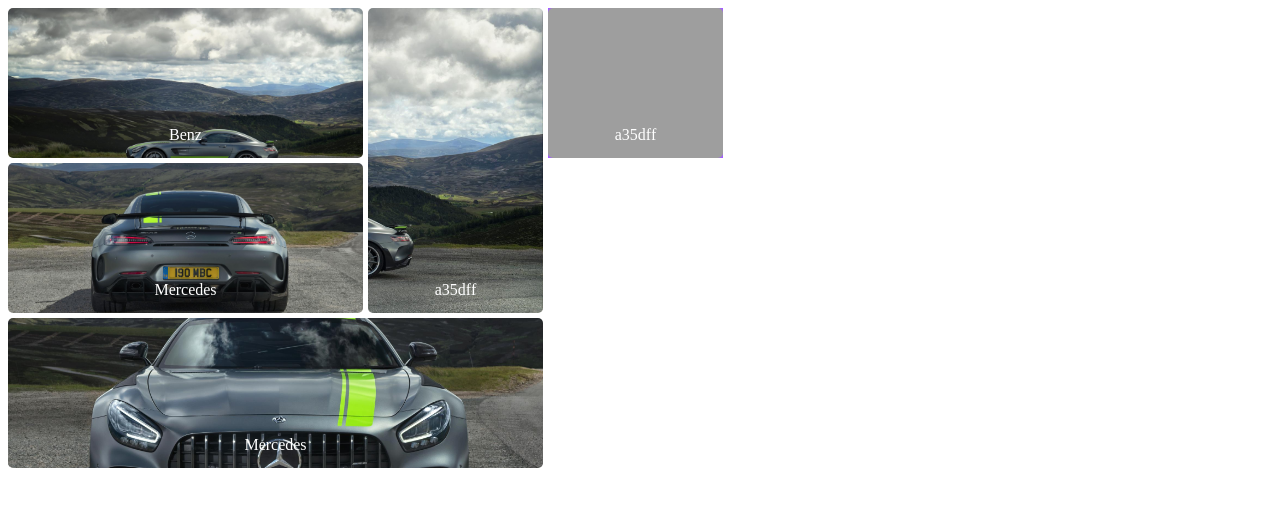
Repository: YoussefElsaygh/metrostyle
Page: index.html
An editor plug-in stored every save of this project. The page is shown before and after the next save, followed by the edit.
The browser window is 1280 px wide. The pictures show the whole page.
Pictures or frames that could not be fetched are drawn as grey boxes.

Above is the page before, as saved 2019-12-16 04:26:28.

### index.html
<!DOCTYPE html>
<html lang="en">
<head>
    <meta charset="UTF-8">
    <meta name="viewport" content="width=device-width, initial-scale=1.0">
    <meta http-equiv="X-UA-Compatible" content="ie=edge">
    <link  type="text/css" rel="stylesheet" href="index.css"/>

    <title>MetroStyle Colors</title>
</head>
<body>
 <div class="wrapper" id="wrapper"></div>
</body>
<script src="index.js"></script>
</html>

### index.css
.wrapper {
    overflow-x: scroll;
    overflow-y: hidden;
    width: 100%;
    display: grid;
    grid-gap: 5px;
    grid-template-columns:repeat(10,175px);
    grid-template-rows:repeat(3, 150px);
  }

### index.js
var scoperows=3;
var scopecols=1;
var scopeimages=[{
    type: 2,
    align:'horizontal',
    data: {
        imageSource:"img/Mercedes/m4.jpg",
        clickCallback: () => {
            console.log("item clicked ");
        },
        text: {
            label: "Mercedes",
            textStyle: {
                color: "white"
            }
        },
    },
},
{
    type: 2,
    align:'horizontal',

    data: {
        imageSource:"../img/Mercedes/m2.jpg",
        clickCallback: () => {
            console.log("item clicked ");
        },
        text: {
            label: "Benz",
            textStyle: {
                color: "White"
            }
        }

    }},{
        type: 3,
        align:'horizontal',

        data: {
            imageSource:"./img/Mercedes/m3.jpg",
            clickCallback: () => {
                console.log("item clicked ");
            },

            text: {
                label: "Mercedes",
                textStyle: {
                    color: "White"
                }
            }

        }},{
            type: 2,
            align:'vertical',

            data: {
                imageSource:"./img/Mercedes/m2.jpg",

                clickCallback: () => {
                    console.log("item clicked ");
                },
                text: {
                    label: "a35dff",
                    textStyle: {
                        color: "White"
                    }
                }

            }}
            ,{
                type: 1,
                align:'horizontal',

                data: {
                    imageSource:"./img/Mercedes/m5",

                    clickCallback: () => {
                        console.log("item clicked ");
                    },
                    backgroundStyle: {
                        backgroundColor: "#a35dff"
                    },
                    text: {
                        label: "a35dff",
                        textStyle: {
                            color: "White"
                        }
                    }

                }}]

                var scopegridView = new Array(scoperows);
                            for (let i = 0; i < scopegridView.length; i++) {
                                scopegridView[i] = new Array(scopecols);
                                for (let j = 0; j < scopegridView[i].length; j++) {
                                    scopegridView[i][j] = 0;
                                }
                            }

                            for (let i = 0; i < scopeimages.length; i++) {
                                draw(scopeimages[i]);
                            }

            function setStyle(elem, propertyObject) {
                for (var property in propertyObject)
                    elem.style[property] = propertyObject[property];
            }

            function populateDataInField({row, col, img, divStyle, imageStyle}) {
                 if(img.align=='horizontal') {
                    for (let i = 0; i < img.type; i++) {
                        scopegridView[row][col + i] = 1;
                    }
                }
                else{
                    for (let i = 0; i < img.type; i++) {
                        scopegridView[row + i][col] = 1;
                    }
                }

                let div = document.createElement("DIV");
                let image = document.createElement("IMG");
                let paragraph = document.createElement("P");

                setStyle(div, divStyle);

                if (img.data) {
                    div.onclick = img.data.clickCallback;
                    setStyle(div, img.data.backgroundStyle);
                    if (img.data.imageSource) {
                        /**
                         * In case of full block image
                         * @type {string}
                         */
                        image.src = img.data.imageSource;
                        image.onerror = function() {
                            if(img.data.imageErrSrc){
                            image.src = img.data.imageErrSrc;
                            }

                        }

                        setStyle(image, {
                            maxWidth: "100%",
                            height: "100%",
                            width: "100%",
                            objectFit: "cover",
                            objectPosition:'100% 20%',
                            borderRadius:"5px"

                        });
                        setStyle(image, imageStyle);
                        div.appendChild(image);
                        if (img.data.text && img.data.text.label) {
                            setStyle(paragraph, {
                                position: "relative",
                                top: "-52px",
                                wordBreak: 'break-word'
                            });
                        }
                    } else {
                        /**
                         * In case of small icon only
                         */
                        if (img.data.icon && img.data.icon.iconSource) {
                            image.src = img.data.icon.iconSource;
                            setStyle(image, {
                                maxWidth: "50%",
                                padding: "10px"
                            });
                            setStyle(image, img.data.icon.iconStyle);
                            div.appendChild(image);
                            if (img.data.text && img.data.text.label) {
                                // setStyle(paragraph, {
                                //   paddingTop: ""
                                // });
                            }
                        }
                    }
                    if (img.data.text) {
                        if (img.data.text.label) {
                            paragraph.innerHTML = img.data.text.label;

                            setStyle(paragraph, {
                                textAlign: "center"
                            });
                            setStyle(paragraph, img.data.text.textStyle);

                            div.appendChild(paragraph);
                        }
                    }
                }
                document.getElementById("wrapper").appendChild(div);
            }

            function compareRowArray(col, row, gridView, type) {
                if (type == 0) {
                    return true;
                } else {
                    return (
                        gridView[row + type - 1][col] == 0 &&
                        compareRowArray(col, row, gridView, type - 1)
                    );
                }
            }

            function compareColArray(col, row, gridView, type) {
                if (type == 0) {
                    return true;
                } else {
                    return (
                        gridView[row][col + type - 1] == 0 &&
                        compareColArray(col, row, gridView, type - 1)
                    );
                }
            }

            function addColumn(var_rows, var_cols, gridView) {
                for (let i = 0; i < scoperows; i++) {
                    gridView[i].push(0);
                }
                scopecols++;
            }

            /**
             * return true in case there is no available row
             * @returns {boolean}
             */
            function rowCheckAvaialble(row, type) {
                return row < scoperows - type + 1;
            }

            /**
             * return true in case there is no available column
             * @returns {boolean}
             */
            function colCheckAvaialble(col, type) {
                return col < scopecols - type + 1;
            }

            function checkAvailableSinglePlace() {
                for (var i = 0; i < scoperows; i++) {
                    for (var j = 0; j < scopecols; j++) {
                        if (scopegridView[i][j] == 0) {
                            return true;
                        }
                    }
                }
                return false;
            }

            function checkAvailableVerticalPlace(type) {
                for (let i = 0; i < scoperows; i++) {
                    for (let j = 0; j < scopecols; j++) {
                        if (i + type - 1 < scoperows)
                            if (compareRowArray(j, i, scopegridView, type)) {
                                return true;
                            }
                    }
                }
                return false;
            }

            function checkAvailableTripleHorizontalPlace(type) {
                for (let i = 0; i < scoperows; i++) {
                    for (let j = 0; j < scopecols; j++) {
                        if (j + type - 1 < scopecols)
                            if (compareColArray(j, i, scopegridView, type)) {
                                return true;
                            }
                    }
                }
                return false;
            }

            function rowPopulation({row, col, img}) {
                populateDataInField({
                    row,
                    col,
                    img,
                    divStyle: {
                        gridColumnStart: col + 1,
                        gridColumnEnd: col + 2,
                        gridRowStart: row + 1,
                        gridRowEnd: row + img.type + 1
                        // borderRadius:'5px'
                    }
                });
            }

            function colPopulation({row, col, img}) {
                populateDataInField({
                    row,
                    col,
                    img,
                    divStyle: {
                        gridColumnStart: col + 1,
                        gridColumnEnd: col + 1 + img.type,
                        gridRowStart: row + 1,
                        gridRowEnd: row + 2
                        // borderRadius:'5px'

                    }
                });
            }

            function draw(img) {
                outer_loop: for (let col = 0; col < scopecols; col++) {
                    for (let row = 0; row < scoperows; row++) {
                        switch (img.align) {
                            case 'vertical':
                                case undefined:

                                if (checkAvailableVerticalPlace(img.type)) {
                                    if (rowCheckAvaialble(row, img.type) && compareRowArray(col, row, scopegridView, img.type)) {
                                        rowPopulation({row, col, img});
                                        break outer_loop;
                                    }

                                } else {
                                    addColumn(scoperows, scopecols, scopegridView);
                                }

                                break;
                            case 'horizontal':
                                if (checkAvailableTripleHorizontalPlace(img.type)) {
                                    if (colCheckAvaialble(col, img.type) && compareColArray(col, row, scopegridView, img.type)) {
                                        colPopulation({row, col, img});
                                        break outer_loop;
                                    }

                                } else {
                                    addColumn(scoperows, scopecols, scopegridView);
                                }
                                break;
                                default:
                                        if (
                                                    scopegridView[row][col] != 0 &&
                                                    !checkAvailableSinglePlace()
                                                ) {
                                                    addColumn(scoperows, scopecols, scopegridView);
                                                    break;
                                                }

                                                if (scopegridView[row][col] == 0) {
                                                    scopegridView[row][col] = 1;
                                                    populateDataInField({
                                                        row,
                                                        col,
                                                        img,
                                                        divStyle: {
                                                            gridColumnStart: col + 1,
                                                            gridColumnEnd: col + 2,
                                                            gridRowStart: row + 1,
                                                            gridRowEnd: row + 2
                                                            // borderRadius:'5px',

                                                        }
                                                    });

                                                    break outer_loop;
                                                }
                                    break;
                        }
                    }
                }
            }

After the next save:
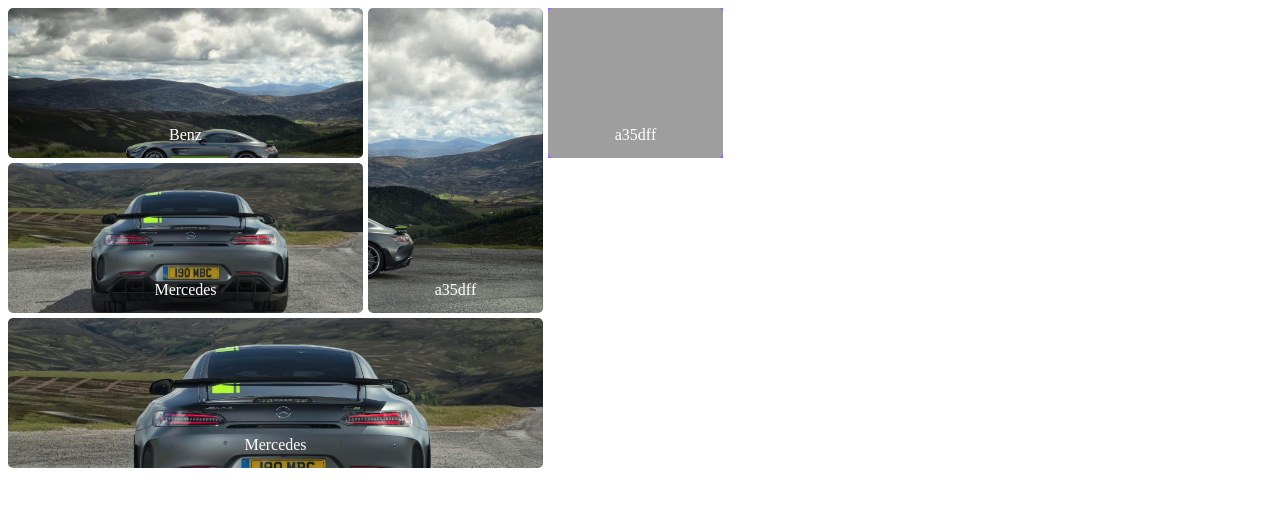
Saved 12 s later.
--- a/index.js
+++ b/index.js
@@ -37,7 +37,7 @@
         align:'horizontal',
 
         data: {
-            imageSource:"./img/Mercedes/m3.jpg",
+            imageSource:"./img/Mercedes/m4.jpg",
             clickCallback: () => {
                 console.log("item clicked ");
             },

After the save that followed:
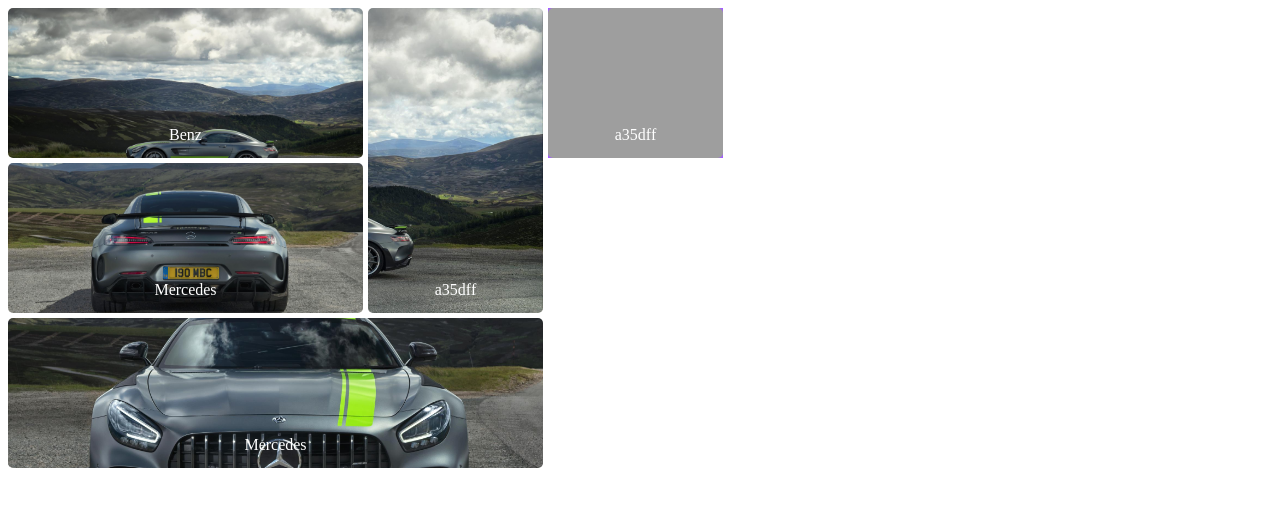
Saved 4 s later.
--- a/index.js
+++ b/index.js
@@ -37,7 +37,7 @@
         align:'horizontal',
 
         data: {
-            imageSource:"./img/Mercedes/m4.jpg",
+            imageSource:"./img/Mercedes/m3.jpg",
             clickCallback: () => {
                 console.log("item clicked ");
             },
